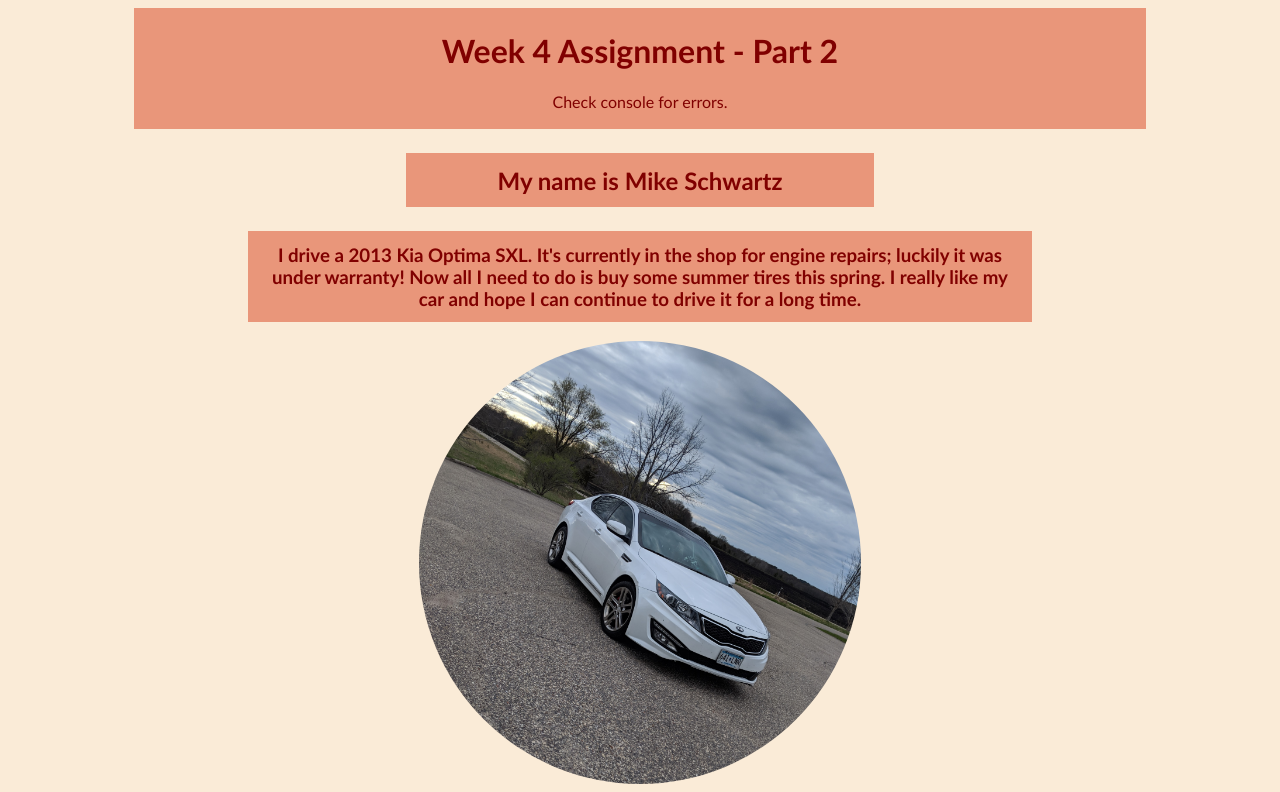
Repository: Ellusionism/prime-pw-week-4-assignment-part-2
Page: assignment/index.html
An editor plug-in stored every save of this project. The page is shown before and after a run of saves, followed by the edit.
The browser window is 1280 px wide. The pictures show the whole page.

Above is the page before, as saved 2022-11-16 18:27:46.

After the next 4 saves:
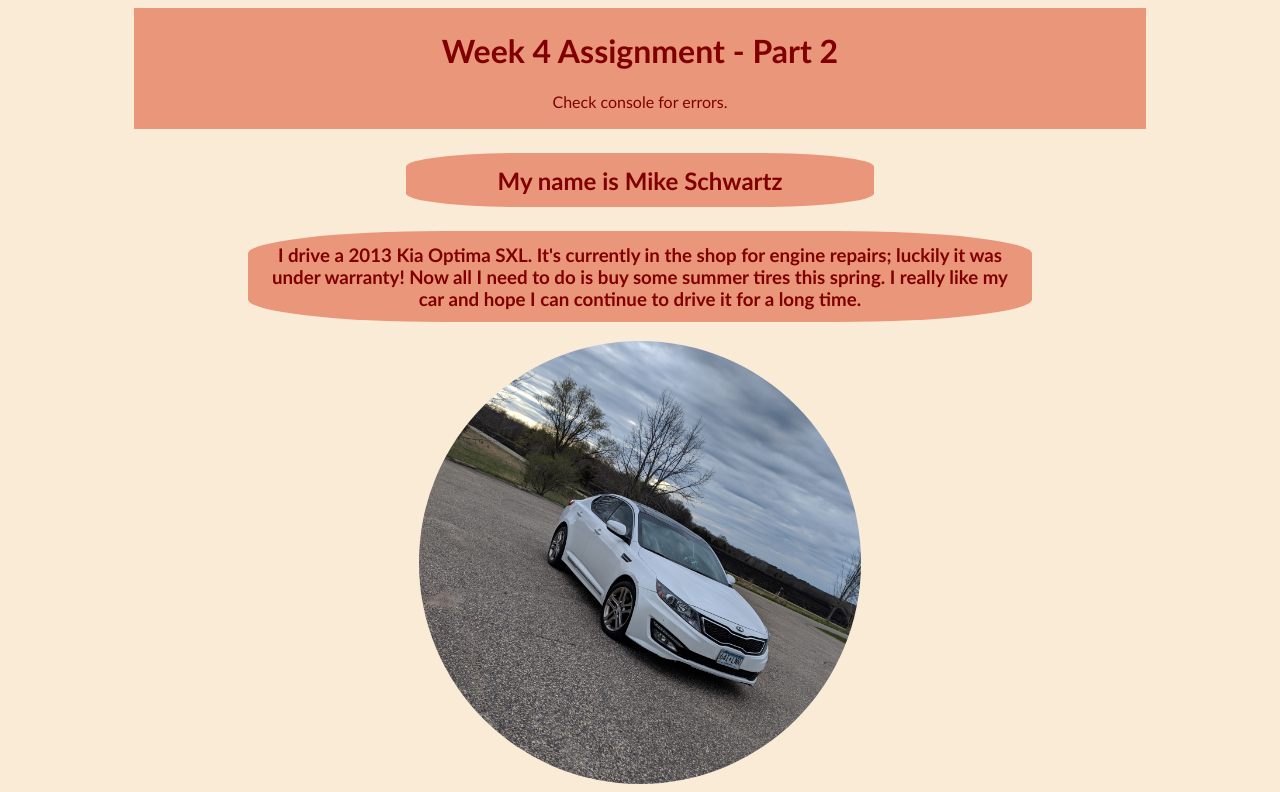
The 4 saves are shown as one change because they came seconds apart.
The last was saved 24 s later.
--- a/assignment/stylesheet.css
+++ b/assignment/stylesheet.css
@@ -23,6 +23,7 @@ body {
 .info {
  background-color:darksalmon;
  text-align: center;
+ border-radius: 25%;
  padding: 1%;
  display: block;
  margin: 1em auto;
